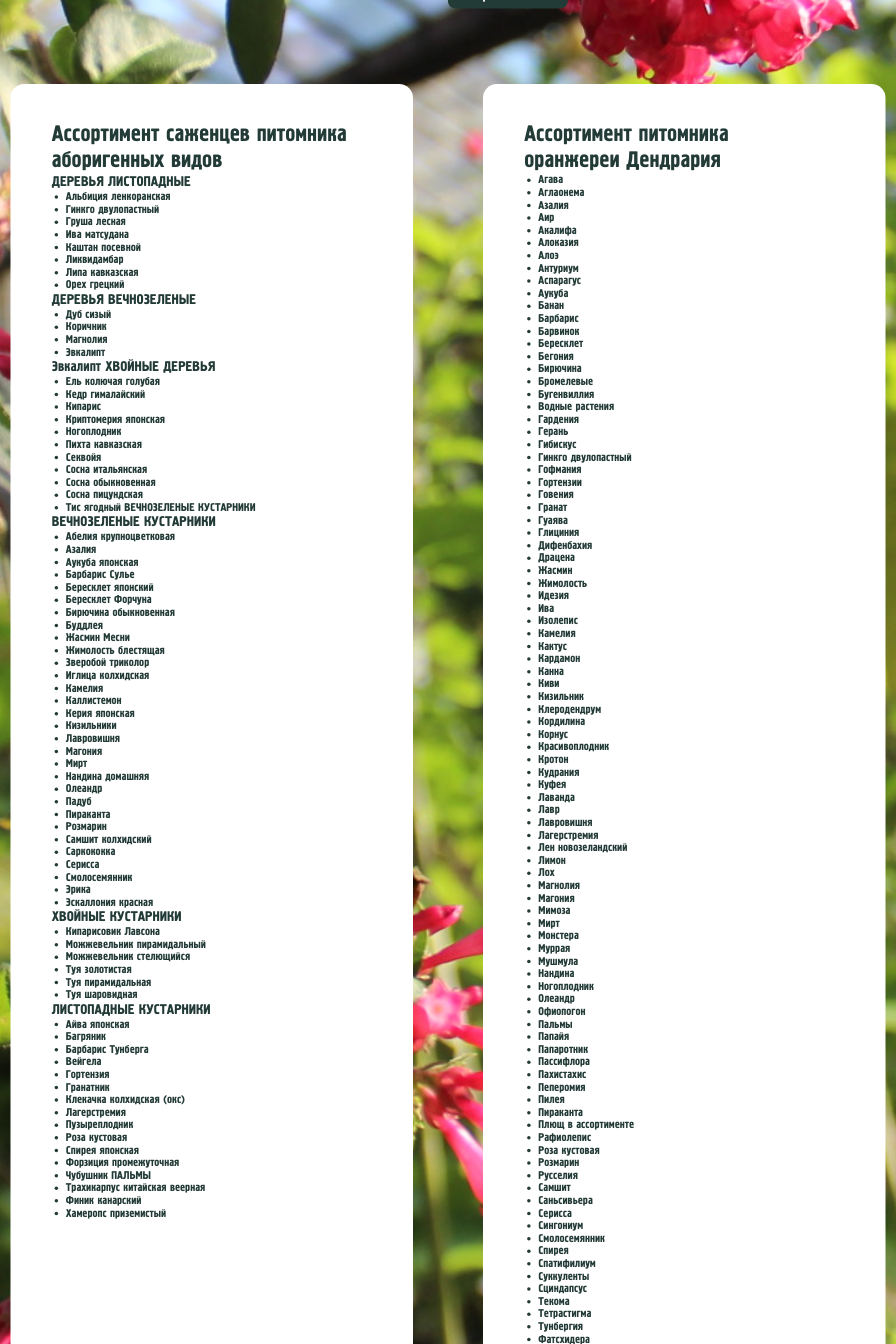
Repository: sem1103/np-sochi
Page: index.html
An editor plug-in stored every save of this project. The page is shown before and after the next save, followed by the edit.
The browser window is 1280 px wide. The pictures show the part of the page from y = 680 to 2600 px (the page is 2897 px tall), at 70% of full size.

Above is the page before, as saved 2024-01-17 22:11:36.

### index.html
<!DOCTYPE html>
<html lang="en">

<head>
    <meta charset="UTF-8">
    <meta name="viewport" content="width=device-width, initial-scale=1.0">
    <title>Сочинский Национальный Парк</title>

    <link rel="stylesheet" href="styles/reset.css">
    <link rel="stylesheet" href="styles/main.css">
</head>

<body>
    <div id="page">
        <header></header>

        <main>
            <div class="top__text container">
                <div class="text__content">
                    <p>
                        Приветствуем на странице питомников Сочинского национального парка!
                    </p>
                    <p>
                        Здесь представлен широкий ассортимент адаптивного посадочного материала из местных семян и
                        черенков растений, прошедших многолетнюю акклиматизацию в условиях Черноморского побережья
                        Кавказа.
                    </p>
                    <p>
                        В парке работают два питомника растений.
                    </p>
                    <p>
                        Питомник в селе Орел-Изумруд специализируется на выращивании кавказских видов. Также здесь можно
                        приобрести такие востребованные экзотические растения, как бамбуки, пальмы и эвкалипты.
                    </p>
                    <p>
                        Производственный питомник парка «Дендрарий» располагает саженцами экзотических деревьев и
                        кустарников для парков, растениями для зимних садов и оранжерей, комнатными растениями, рассадой
                        летников и многолетников, водных растений.
                    </p>
                    <p>
                        Знакомьтесь с ассортиментом посадочного материала и по всем вопросам обращайтесь к сотрудникам
                        Сочинского нацпарка:
                    </p>
                    <ul>
                        <li>начальник Адлерского питомника - Сергей Александрович Хлевный, тел. <a
                                href="tel:+79183030588">8-918-303-05-88</a>;</li>
                        <li>заведующий хозяйством (оранжереи) Дендрария - Рузанна Сергеевна Ашалян, тел.
                            8-918-209-77-79.</li>
                    </ul>
                </div>
                <div class="price__list">
                    <button>Прайс-лист</button>

                </div>
            </div>

            <div class="items__block container">
                <div class="item">
                    <h3>
                        Ассортимент саженцев
                        питомника аборигенных видов
                    </h3>
                    <div class="left__items">
                        <h5>
                            ДЕРЕВЬЯ ЛИСТОПАДНЫЕ
                        </h5>
                        <ol>
                            <li>Альбиция ленкоранская</li>
                            <li>Гинкго двулопастный</li>
                            <li>Груша лесная</li>
                            <li>Ива матсудана</li>
                            <li>Каштан посевной</li>
                            <li>Ликвидамбар</li>
                            <li>Липа кавказская</li>
                            <li>Орех грецкий</li>
                        </ol>

                        <h5>
                            ДЕРЕВЬЯ ВЕЧНОЗЕЛЕНЫЕ
                        </h5>
                        <ol>
                            <li>Дуб сизый</li>
                            <li>Коричник</li>
                            <li>Магнолия</li>
                            <li>Эвкалипт</li>
                        </ol>

                        <h5>Эвкалипт ХВОЙНЫЕ ДЕРЕВЬЯ</h5>
                        <ol>
                            <li>Ель колючая голубая</li>
                            <li>Кедр гималайский</li>
                            <li>Кипарис </li>
                            <li>Криптомерия японская</li>
                            <li>Ногоплодник </li>
                            <li>Пихта кавказская</li>
                            <li>Секвойя </li>
                            <li>Сосна итальянская</li>
                            <li>Сосна обыкновенная</li>
                            <li>Сосна пицундская</li>
                            <li>Тис ягодный ВЕЧНОЗЕЛЕНЫЕ КУСТАРНИКИ</li>
                        </ol>

                        <h5>ВЕЧНОЗЕЛЕНЫЕ КУСТАРНИКИ</h5>
                        <ol>
                            <li>Абелия крупноцветковая</li>
                            <li>Азалия</li>
                            <li>Аукуба японская</li>
                            <li>Барбарис Сулье</li>
                            <li>Бересклет японский</li>
                            <li>Бересклет Форчуна</li>
                            <li>Бирючина обыкновенная</li>
                            <li>Буддлея</li>
                            <li>Жасмин Месни</li>
                            <li>Жимолость блестящая</li>
                            <li>Зверобой триколор</li>
                            <li>Иглица колхидская</li>
                            <li>Камелия</li>
                            <li>Каллистемон</li>
                            <li>Керия японская</li>
                            <li>Кизильники</li>
                            <li>Лавровишня</li>
                            <li>Магония</li>
                            <li>Мирт</li>
                            <li>Нандина домашняя</li>
                            <li>Олеандр</li>
                            <li>Падуб</li>
                            <li>Пираканта</li>
                            <li>Розмарин</li>
                            <li>Самшит колхидский</li>
                            <li>Саркококка</li>
                            <li>Серисса</li>
                            <li>Смолосемянник</li>
                            <li>Эрика</li>
                            <li>Эскаллония красная</li>
                        </ol>
                    </div>

                    <div class="right__items">
                        <h5>ХВОЙНЫЕ КУСТАРНИКИ</h5>
                        <ol>
                            <li>Кипарисовик Лавсона</li>
                            <li>Можжевельник пирамидальный</li>
                            <li>Можжевельник стелющийся</li>
                            <li>Туя золотистая</li>
                            <li>Туя пирамидальная</li>
                            <li>Туя шаровидная</li>
                        </ol>

                        <h5>ЛИСТОПАДНЫЕ КУСТАРНИКИ</h5>
                        <ol>
                            <li>Айва японская</li>
                            <li>Багряник</li>
                            <li>Барбарис Тунберга</li>
                            <li>Вейгела</li>
                            <li>Гортензия</li>
                            <li>Гранатник</li>
                            <li>Клекачка колхидская (окс)</li>
                            <li>Лагерстремия</li>
                            <li>Пузыреплодник</li>
                            <li>Роза кустовая</li>
                            <li>Спирея японская</li>
                            <li>Форзиция промежуточная</li>
                            <li>Чубушник ПАЛЬМЫ</li>
                        </ol>
                        <ol>
                            <li>Трахикарпус китайская веерная</li>
                            <li>Финик канарский</li>
                            <li>Хамеропс приземистый</li>
                        </ol>
                    </div>
                </div>

                <div class="item">
                    <h3>Ассортимент питомника
                        оранжереи Дендрария</h3>
                    <div class="left__items">
                        <ol>
                            <li>Агава</li>
                            <li>Аглаонема</li>
                            <li>Азалия</li>
                            <li>Аир</li>
                            <li>Акалифа</li>
                            <li>Алоказия</li>
                            <li>Алоэ</li>
                            <li>Антуриум</li>
                            <li>Аспарагус</li>
                            <li>Аукуба</li>
                            <li>Банан</li>
                            <li>Барбарис</li>
                            <li>Барвинок</li>
                            <li>Бересклет</li>
                            <li>Бегония</li>
                            <li>Бирючина</li>
                            <li>Бромелевые</li>
                            <li>Бугенвиллия</li>
                            <li>Водные растения</li>
                            <li>Гардения</li>
                            <li>Герань</li>
                            <li>Гибискус</li>
                            <li>Гинкго двулопастный</li>
                            <li>Гофмания</li>
                            <li>Гортензии</li>
                            <li>Говения</li>
                            <li>Гранат</li>
                            <li>Гуаява</li>
                            <li>Глициния</li>
                            <li>Дифенбахия</li>
                            <li>Драцена</li>
                            <li>Жасмин</li>
                            <li>Жимолость</li>
                            <li>Идезия</li>
                            <li>Ива</li>
                            <li>Изолепис</li>
                            <li>Камелия</li>
                            <li>Кактус</li>
                            <li>Кардамон</li>
                            <li>Канна</li>
                            <li>Киви</li>
                            <li>Кизильник</li>
                            <li>Клеродендрум</li>
                            <li>Кордилина</li>
                            <li>Корнус</li>
                            <li>Красивоплодник</li>
                            <li>Кротон</li>
                            <li>Кудрания</li>
                            <li>Куфея</li>
                            <li>Лаванда</li>
                            <li>Лавр</li>
                            <li>Лавровишня</li>
                            <li>Лагерстремия</li>
                        </ol>
                    </div>

                    <div class="right__items">
                        <ol>
                            <li>Лен новозеландский</li>
                            <li>Лимон</li>
                            <li>Лох</li>
                            <li>Магнолия</li>
                            <li>Магония</li>
                            <li>Мимоза</li>
                            <li>Мирт</li>
                            <li>Монстера</li>
                            <li>Муррая</li>
                            <li>Мушмула</li>
                            <li>Нандина</li>
                            <li>Ногоплодник</li>
                            <li>Олеандр</li>
                            <li>Офиопогон</li>
                            <li>Пальмы</li>
                            <li>Папайя</li>
                            <li>Папаротник</li>
                            <li>Пассифлора</li>
                            <li>Пахистахис</li>
                            <li>Пеперомия</li>
                            <li>Пилея</li>
                            <li>Пираканта</li>
                            <li>Плющ в ассортименте</li>
                            <li>Рафиолепис</li>
                            <li>Роза кустовая</li>
                            <li>Розмарин</li>
                            <li>Русселия</li>
                            <li>Самшит</li>
                            <li>Саньсивьера</li>
                            <li>Серисса</li>
                            <li>Сингониум</li>
                            <li>Смолосемянник</li>
                            <li>Спирея</li>
                            <li>Спатифилиум</li>
                            <li>Суккуленты</li>
                            <li>Сциндапсус</li>
                            <li>Текома</li>
                            <li>Тетрастигма</li>
                            <li>Тунбергия</li>
                            <li>Фатсхидера</li>
                            <li>Фейхоа</li>
                            <li>Фикус</li>
                            <li>Филодендрон</li>
                            <li>Фиттония</li>
                            <li>Форзиция</li>
                            <li>Хвойные</li>
                            <li>Хлорофитум</li>
                            <li>Хоста</li>
                            <li>Циперус</li>
                            <li>Циссус</li>
                            <li>Эвкалипт</li>
                            <li>Юкка</li>
                            <li>Якобиния</li>
                        </ol>
                    </div>

                </div>
            </div>
        </main>

        <footer></footer>
    </div>
</body>

</html>

### styles/reset.css

:root{
    --gray: #233B37;
}
html{
    scroll-behavior: smooth;
}
html,
body,
div,
span,
applet,
object,
iframe,
h1,
h2,
h3,
h4,
h5,
h6,
p,
blockquote,
pre,
a,
abbr,
acronym,
address,
big,
cite,
code,
del,
dfn,
em,
img,
ins,
kbd,
q,
s,
samp,
small,
strike,
strong,
sub,
sup,
tt,
var,
b,
u,
i,
center,
dl,
dt,
dd,
ol,
ul,
li,
fieldset,
form,
label,
legend,
table,
caption,
tbody,
tfoot,
thead,
tr,
th,
td,
article,
aside,
canvas,
details,
embed,
figure,
figcaption,
footer,
header,
hgroup,
menu,
nav,
output,
ruby,
section,
summary,
time,
mark,
audio,
video {
    margin: 0;
    padding: 0;
    border: 0;
    font-size: 100%;
    font: inherit;
    vertical-align: baseline
}

article,
aside,
details,
figcaption,
figure,
footer,
header,
hgroup,
menu,
nav,
section {
    display: block
}

body {
    line-height: 1;
    font-family: Hermes;
}

ol,
ul {
    list-style: none
}

blockquote,
q {
    quotes: none
}

blockquote:before,
blockquote:after,
q:before,
q:after {
    content: '';
    content: none
}

table {
    border-collapse: collapse;
    border-spacing: 0
}

a {
    text-decoration: none;
    color: var(--gray);
    transition: all .3s ease-in-out
}

a:hover {
    color: #365edc;
}

* {
    box-sizing: border-box
}




.active__menu{
    opacity: .7;
    color: var(--gray);
}
#page{
    min-height: 100vh;
}

.container{
    max-width: 1652px;
    margin: auto;
    padding: 0 15px;
}
main img{
    width: 100%;
    height: auto;
}

### styles/main.css
@import url('https://fonts.googleapis.com/css2?family=Fira+Sans:wght@600&display=swap');
@font-face {
    font-family: 'Hermes';
    src: url('font/hermes.ttf'),
    url(font/hermes.woff),
    url(font/hermes.woff2) ;

}


main{
    background: url(../img/main-bg.png) center/cover;
}
p, li{
    font: 16px 'Hermes';
    color: var(--gray);
}
p{
    margin: 0 0 10px 0;
}
.top__text{
    padding: 142px 0 108px 0;
}
.text__content{
    padding: 48px 54px;
    background-color: #fff;
    width: 50%;
    margin: 0 0 30px auto;
    border-radius: 20px;
}
li{
    list-style: disc;
    margin: 0 0 0 20px;
}
.price__list{
    width: 50%;
    margin: 0 0 0 auto;
}
.price__list button{
    padding: 9px 37px;
    font: 600 18px 'Fira Sans';
    margin: 0;
    background: var(--gray);
    color: #fff;
    border: 0;
    border-radius: 10px;
}

h3{
    color: var(--gray);
    font: 32px 'Hermes';
}
h5{
    color: var(--gray);
    font: 20px Hermes;
}
.items__block{
    display: flex;
    flex-direction: row;
    justify-content: space-between;
}
.item{
    flex-basis: calc(50% - 50px);
    background: #fff;
    padding: 52px 88px 61px 59px;
    border-radius: 20px;
}

After the next save:
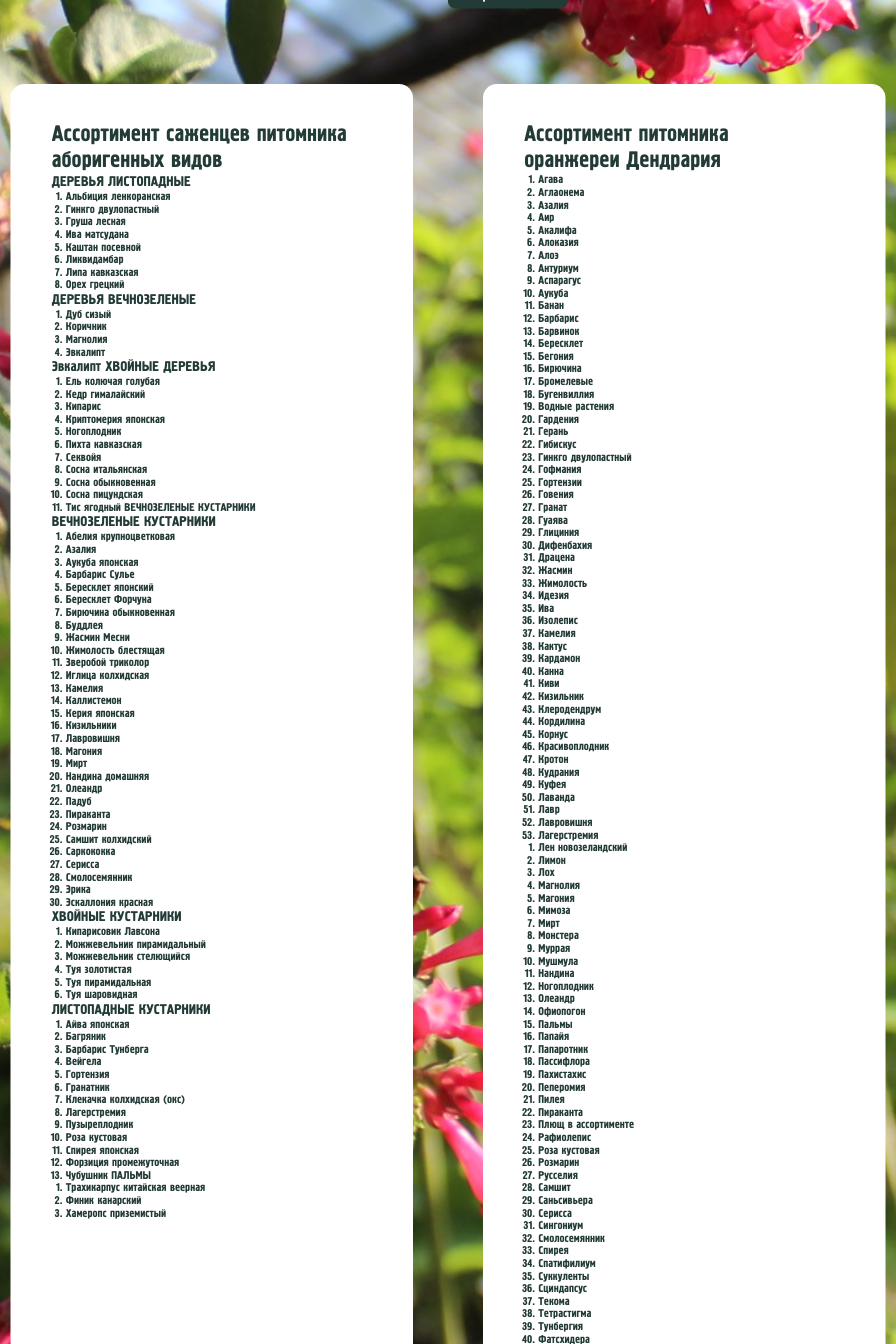
Saved 34 s later.
--- a/styles/main.css
+++ b/styles/main.css
@@ -65,3 +65,6 @@ h5{
     padding: 52px 88px 61px 59px;
     border-radius: 20px;
 }
+ol li{
+    list-style: decimal;
+}
